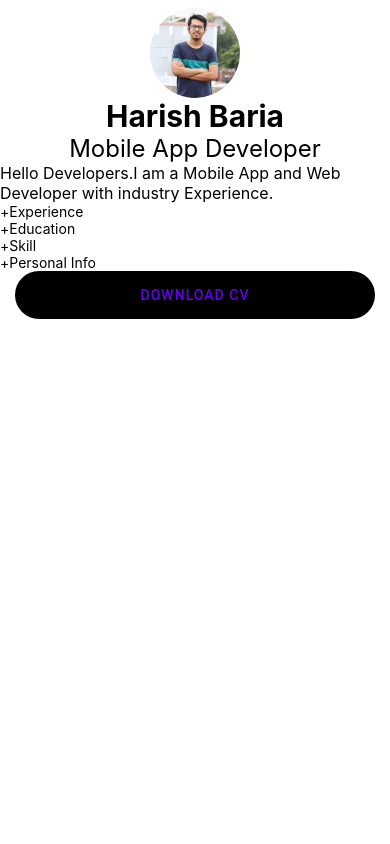
Repository: harishbariya/React-Native-ui-desiign
Screen: /
The author's editor kept a copy of each file at every save. The screen is drawn from the files as they stood at one save, then again after the next save.
The app was drawn by React Native's web renderer in a window 390 px wide. The project was rebuilt for these pictures with package versions that can differ from the ones it lists, and the page was loaded fresh each time.

Above is the screen before, as saved 2021-11-17 15:01:17.

### App.js
import React, { Component } from 'react';
import {View,Text,StyleSheet,Image} from 'react-native';
import {Button} from "react-native-paper";



const QulityPar=(props)=>{
  return(
    <View style={{flexDirection:"row"}}>
    <Text>+</Text>
    <Text>{props.name}</Text>
  </View>

  );
}

class App extends Component
{
  render()
  {
    return(
      <View style={styles.display}>
      <Image style={{alignSelf:"center",marginTop:8,borderRadius:1000}}source={{uri:"data:[embedded picture, 9311 characters]"
      ,width:90,height:90}}/>
        <Text style={[styles.textstyles,{color:"#000",fontSize:30,fontWeight:"bold"}]}>Harish Baria</Text>
        <Text style={[styles.textstyles,{fontSize:24}]}>Mobile App Developer</Text>
      <Text style={{color:"#000",fontSize:16,textAlign:"auto"}}>Hello Developers.I am a Mobile App and Web Developer with industry Experience.</Text>


      <View>

       <QulityPar name="Experience"/>
       <QulityPar name="Education"/>
       <QulityPar name="Skill"/>
       <QulityPar name="Personal Info"/>





          <View>
            <Button style={{backgroundColor:"#000",padding:7,marginHorizontal:15,borderRadius:50}}>Download CV</Button>
          </View>
      </View>

      </View>
    );
  }
}

const styles=StyleSheet.create({

  display:{
    flex:1,
    flexDirection:"column",

  },
  textstyles:{
    color:"#000",
    textAlign:"center",
  }

})

export default App

After the next save:
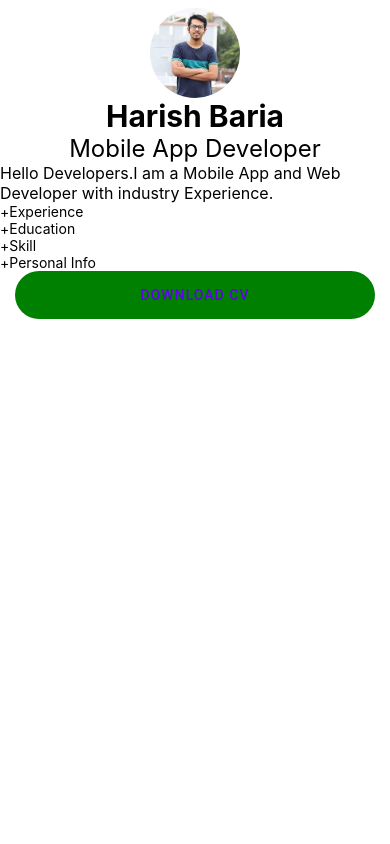
Saved 5 s later.
--- a/App.js
+++ b/App.js
@@ -39,7 +39,7 @@ class App extends Component
 
 
           <View>
-            <Button style={{backgroundColor:"#000",padding:7,marginHorizontal:15,borderRadius:50}}>Download CV</Button>
+            <Button style={{backgroundColor:"green",padding:7,marginHorizontal:15,borderRadius:50}}>Download CV</Button>
           </View>
       </View>
 
